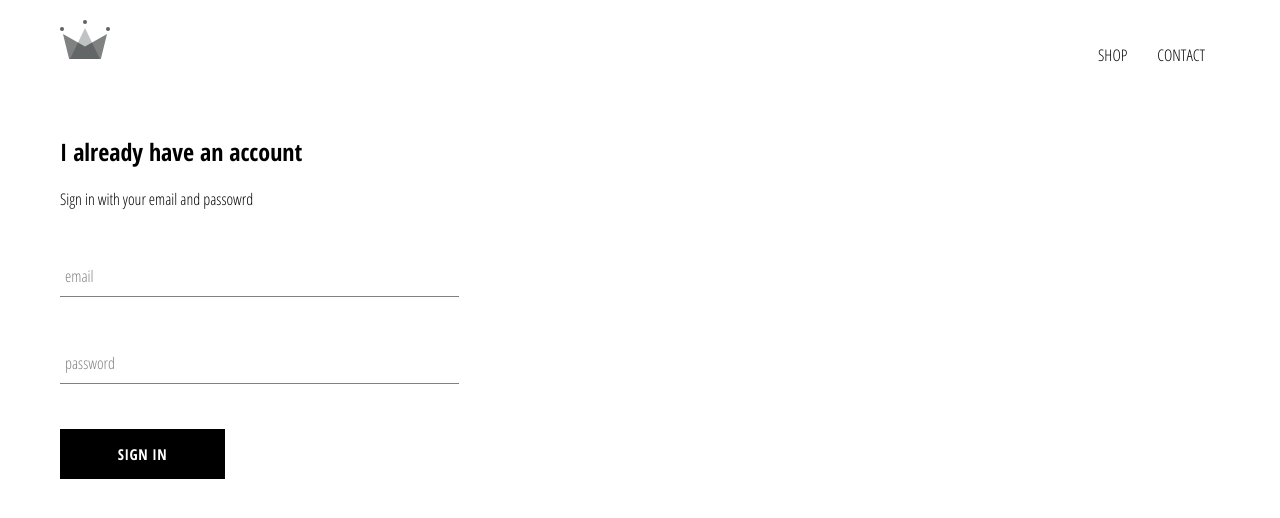
Repository: yurirech/crwn-clothing
Page: /signin
These files come from the project's save history. The page is drawn as it stood at one moment and after the next save; the edit follows.
The browser window is 1280 px wide. The pictures show the whole page.
The project was rebuilt for these pictures with package versions that can differ from the ones it lists, and the page was loaded fresh each time. Also part of the build but not shown: src/pages/homepage/homepage.style.scss, src/components/directory/directory.styles.scss, src/components/menu-item/menu-item.styles.scss, src/components/menu-item/menu-item.component.jsx, src/components/directory/directory.component.jsx, src/pages/homepage/homepage.component.jsx, src/pages/shop/shop.data.js, src/components/collection-preview/collection-preview.styles.scss and 4 more.

Above is the page before, as saved 2020-05-25 17:55:45.

After the next save:
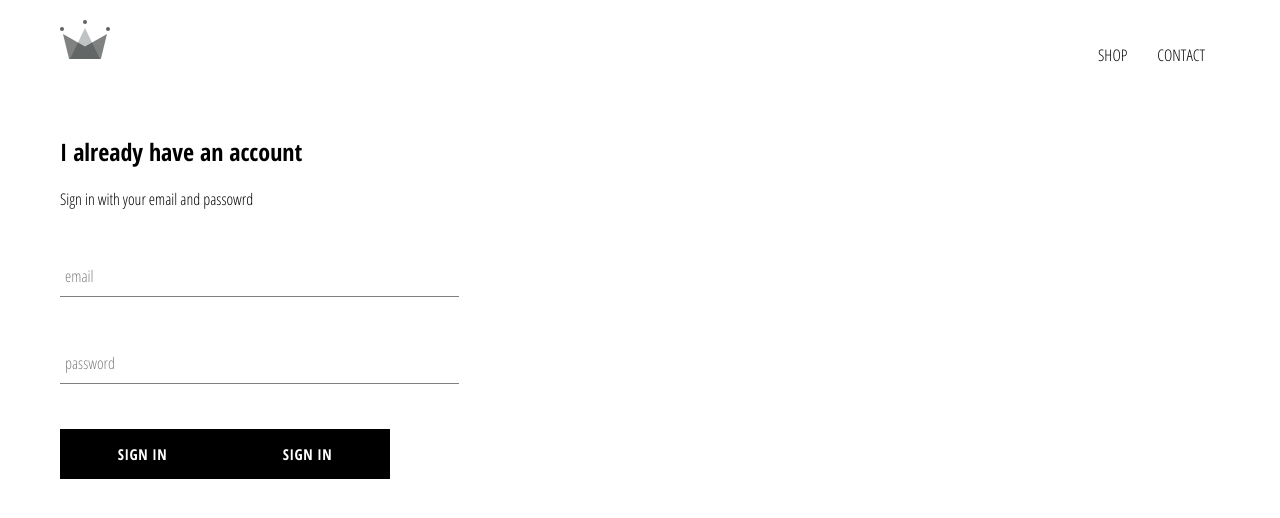
Saved 6 min 36 s later.
--- a/src/components/sign-in/sign-in.component.jsx
+++ b/src/components/sign-in/sign-in.component.jsx
@@ -39,6 +39,7 @@ class SignIn extends Component {
                  value={this.state.password} handleChange={this.handleChange} required/>
 
           <CustomButton type="submit"> Sign In </CustomButton>
+          <CustomButton type="submit"> Sign In </CustomButton>
         </form>
       </div>
       );
